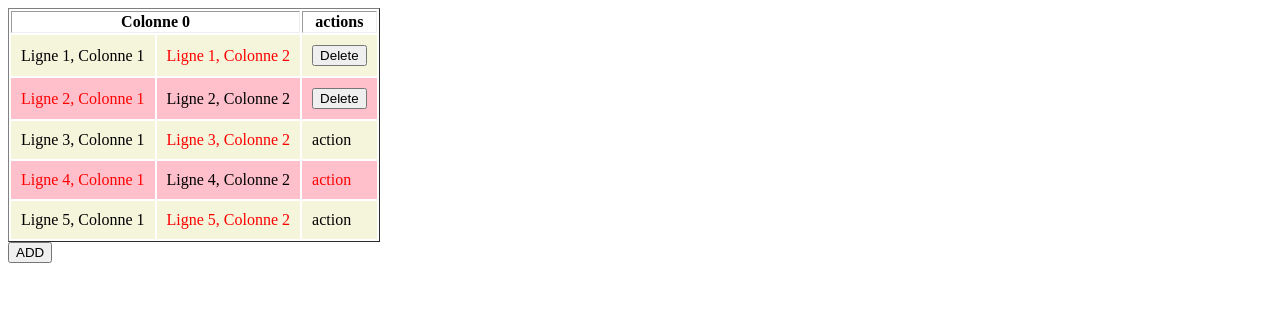
Repository: Chaimaa482/web-tp4
Page: ex1.html
The author's editor kept a copy of each file at every save. The page is drawn from the files as they stood at one save, then again after a run of saves.
The browser window is 1280 px wide. The pictures show the whole page.

Above is the page before, as saved 2023-10-29 15:08:03.

After the next 3 saves:
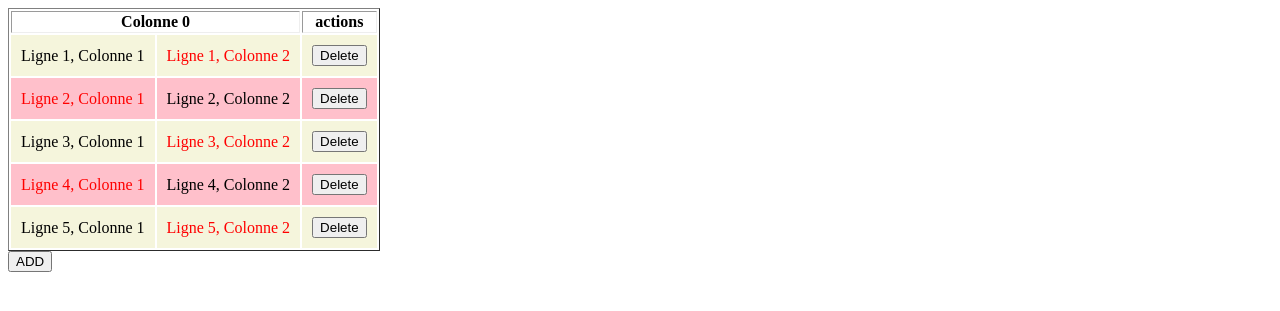
The 3 saves are shown as one change because they came seconds apart.
The last was saved 10 s later.
--- a/ex1.html
+++ b/ex1.html
@@ -22,17 +22,17 @@
         <tr>
             <td>Ligne 3, Colonne 1</td>
             <td>Ligne 3, Colonne 2</td>
-            <td>action</td>
+            <td><button>Delete</button></td>
         </tr>
         <tr>
             <td>Ligne 4, Colonne 1</td>
             <td>Ligne 4, Colonne 2</td>
-            <td>action</td>
+            <td><button>Delete</button></td>
         </tr>
         <tr>
             <td>Ligne 5, Colonne 1</td>
             <td>Ligne 5, Colonne 2</td>
-            <td>action</td>
+            <td><button>Delete</button></td>
         </tr>
 
 
